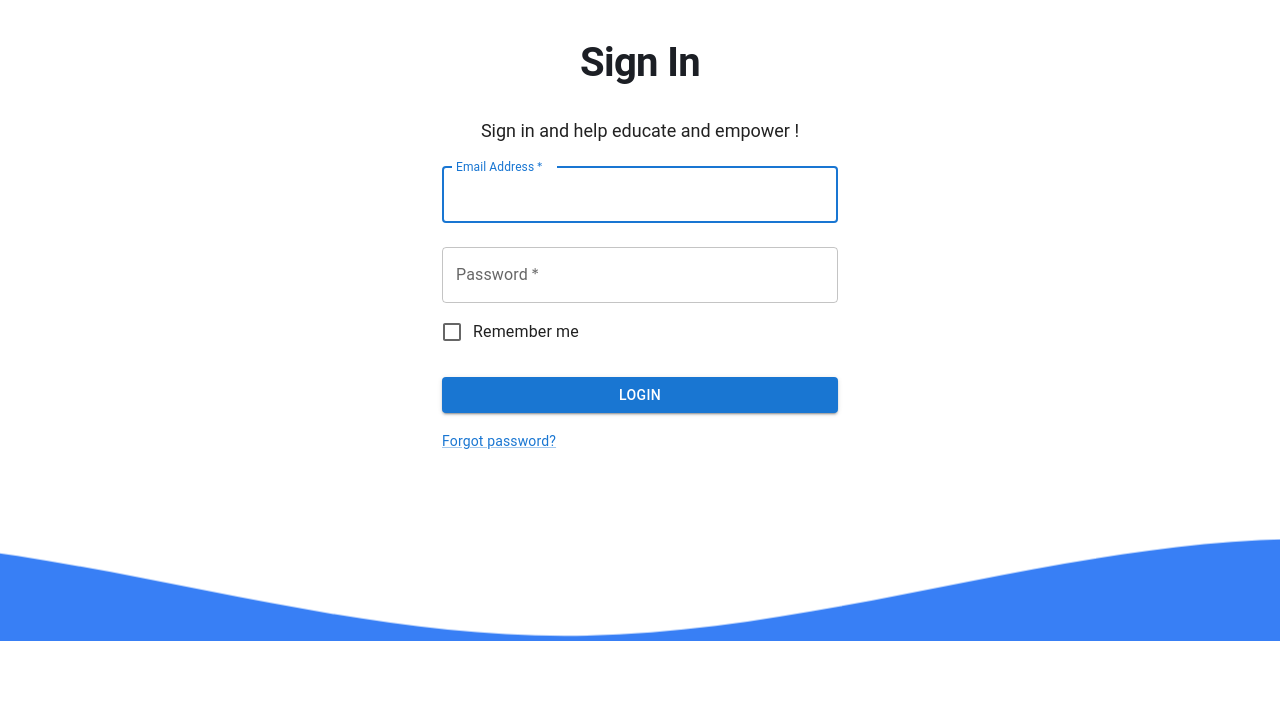
Repository: shubhampirate/Google_Solutions_Edural
Page: /
These files come from the project's save history. The page is drawn as it stood at one moment and after the next save; the edit follows.
The browser window is 1280 px wide. The pictures show the whole page.
The project was rebuilt for these pictures with package versions that can differ from the ones it lists, and the page was loaded fresh each time. Some packages were replaced by stand-ins written for this rebuild. Also part of the build but not shown: src/Components/Navbar.jsx, src/Components/Footer.jsx, src/Components/CongratsCard.jsx, src/pages/Hero/Hero.jsx.

Above is the page before, as saved 2024-02-02 20:39:33.

### src/App.jsx
import Hero from "./pages/Hero/Hero";
import SignIn from "./pages/Sign_in";
import {useState} from "react";
function App() {
  return (
    <>
      {/* <Hero />   */}
      <SignIn />
         </>
  );
}

export default App;

### src/pages/Sign_in.jsx
import * as React from 'react';
import Avatar from '@mui/material/Avatar';
import Button from '@mui/material/Button';
import CssBaseline from '@mui/material/CssBaseline';
import TextField from '@mui/material/TextField';
import FormControlLabel from '@mui/material/FormControlLabel';
import Checkbox from '@mui/material/Checkbox';
import Link from '@mui/material/Link';
import Grid from '@mui/material/Grid';
import Box from '@mui/material/Box';
import LockOutlinedIcon from '@mui/icons-material/LockOutlined';
import Typography from '@mui/material/Typography';
import Container from '@mui/material/Container';
import { createTheme, ThemeProvider } from '@mui/material/styles';
import { styled } from "@mui/material";
import Swal from 'sweetalert2';
// import { useNavigate } from 'react-router-dom';

const defaultTheme = createTheme();

export default function SignIn() {

//   const navigate = useNavigate();

  const handleSubmit = (event) => {
    event.preventDefault();
    const data = new FormData(event.currentTarget);

    const searchData = {
      email: data.get('email'),
      password: data.get('password'),
    }
    console.log({
      email: data.get('email'),
      password: data.get('password'),
    });

    // fetch(`https://wixstocle.pythonanywhere.com/api/login/`, {
    //   method: 'POST',
    //   headers: {
    //     'Content-Type': 'application/json',
    //   },
    //   body: JSON.stringify(searchData),
    // }).then((response) => response.json())
    //   .then((data) => {
    //     // console.log(data);
    //     if (data.status == true) {
    //       Swal.fire({
    //         icon: 'success',
    //         title: 'Successfully Logged In',
    //         showConfirmButton: false,
    //         timer: 3000
    //       })
    //       navigate('/dashboard')
    //     }
    //     else {
    //       Swal.fire({
    //         icon: 'error',
    //         title: data.message,
    //         showConfirmButton: false,
    //         timer: 3000
    //       })
    //     }
    //   })
    //   .catch((error) => {
    //     // console.error(error);
    //   });

  };
  const Title = styled(Typography)(({ theme }) => ({
    fontSize: "40px",
    color: "#000336",
    fontWeight: "bold",
    textAlign: "center",
    margin: theme.spacing(4, 0, 4, 0),
    [theme.breakpoints.down("sm")]: {
      fontSize: "40px",
    },
  }));


  return (
    <ThemeProvider theme={defaultTheme}>
      <Container component="main" maxWidth="xs">
        <CssBaseline />
        <Box
          sx={{
            marginTop: 1,
            display: 'flex',
            flexDirection: 'column',
            alignItems: 'center',
          }}
        >

          <Title variant="h1" sx={{ color: "#1C1F25" }}>
            Sign In
          </Title>
          <Typography component="h2" variant="h5" sx={{ fontSize: "18px" }}>
            Sign in and help educate and empower !
          </Typography>
          <Box component="form" onSubmit={handleSubmit} noValidate sx={{ mt: 1 }}>
            <TextField
              margin="normal"
              required
              fullWidth
              id="email"
              label="Email Address"
              name="email"
              autoComplete="email"
              autoFocus
            />
            <TextField
              margin="normal"
              required
              fullWidth
              name="password"
              label="Password"
              type="password"
              id="password"
              autoComplete="current-password"
            />
            <FormControlLabel
              control={<Checkbox value="remember" color="primary" />}
              label="Remember me"
            />
            <Button
              type="submit"
              fullWidth
              variant="contained"
              sx={{ mt: 3, mb: 2 }}
            >
              Login
            </Button>
            <Grid container>
              <Grid item xs>
                <Link href="#" variant="body2">
                  Forgot password?
                </Link>
              </Grid>

            </Grid>
          </Box>
        </Box>
      </Container>
      <div style={{ marginTop: "2.3rem", marginBottom: "-2rem" }}>
        <svg
          style={{
            position: 'relative',
            width: '100%',
            height: '21vh',
            //   marginBottom: '-7px',
            //   minHeight: '100px',
            //   maxHeight: '150px',
          }}
          xmlns="http://www.w3.org/2000/svg"
          xmlnsXlink="http://www.w3.org/1999/xlink"
          viewBox="0 24 150 28"
          preserveAspectRatio="none"
          shapeRendering="auto"
        >
          <defs>
            <path
              id="gentle-wave"
              d="M-160 44c30 0 58-18 88-18s 58 18 88 18 58-18 88-18 58 18 88 18 v44h-352z"
            />
          </defs>
          <g className="parallax">
            <use xlinkHref="#gentle-wave" x="48" y="0" fill="rgba(255,255,255,0.7)" />
            <use xlinkHref="#gentle-wave" x="48" y="3" fill="rgba(255,255,255,0.5)" />
            <use xlinkHref="#gentle-wave" x="48" y="5" fill="rgba(255,255,255,0.3)" />
            <use xlinkHref="#gentle-wave" x="48" y="7" fill="#387FF5" />
          </g>
        </svg>
        <style>
          {`
          .parallax > use {
            animation: move-forever 25s cubic-bezier(.55,.5,.45,.5) infinite;
          }
          .parallax > use:nth-child(1) {
            animation-delay: -2s;
            animation-duration: 7s;
          }
          .parallax > use:nth-child(2) {
            animation-delay: -3s;
            animation-duration: 10s;
          }
          .parallax > use:nth-child(3) {
            animation-delay: -4s;
            animation-duration: 13s;
          }
          .parallax > use:nth-child(4) {
            animation-delay: -5s;
            animation-duration: 20s;
          }
          @keyframes move-forever {
            0% {
              transform: translate3d(-90px,0,0);
            }
            100% {
              transform: translate3d(85px,0,0);
            }
          }
          @media (max-width: 768px) {
            .waves {
              height: 40px;
              min-height: 40px;
            }
          }
        `}
        </style>
      </div>

    </ThemeProvider>
  );
}

### src/Components/CustomButton.jsx
import { Button, styled } from "@mui/material";
import React from "react";

const CustomButton = ({
  backgroundColor,
  color,
  buttonText,
  heroBtn,
  guideBtn,
  getStartedBtn,
}) => {
  const CustomButton = styled(Button)(({ theme }) => ({
    backgroundColor: backgroundColor,
    color: color,
    fontWeight: "700",
    fontSize: "14px",
    cursor: "pointer",
    padding: "0.5rem 1.25rem",
    borderRadius: "7px",
    textTransform: "none",
    display: "block",
    border: "2px solid transparent",
    "&:hover": {
      backgroundColor: color,
      color: backgroundColor,
      borderColor: backgroundColor,
    },
    [theme.breakpoints.down("md")]: {
      margin: (heroBtn || getStartedBtn) && theme.spacing(0, "auto", 3, "auto"),
      width: (heroBtn || getStartedBtn) && "90%",
    },
    [theme.breakpoints.down("sm")]: {
      marginTop: guideBtn && theme.spacing(3),
      width: guideBtn && "90%",
    },
  }));

  return <CustomButton>{buttonText}</CustomButton>;
};

export default CustomButton;

Loaded but not shown: public/index.html (common file); src/index.js (common file); src/index.css (common file)

After the next save:
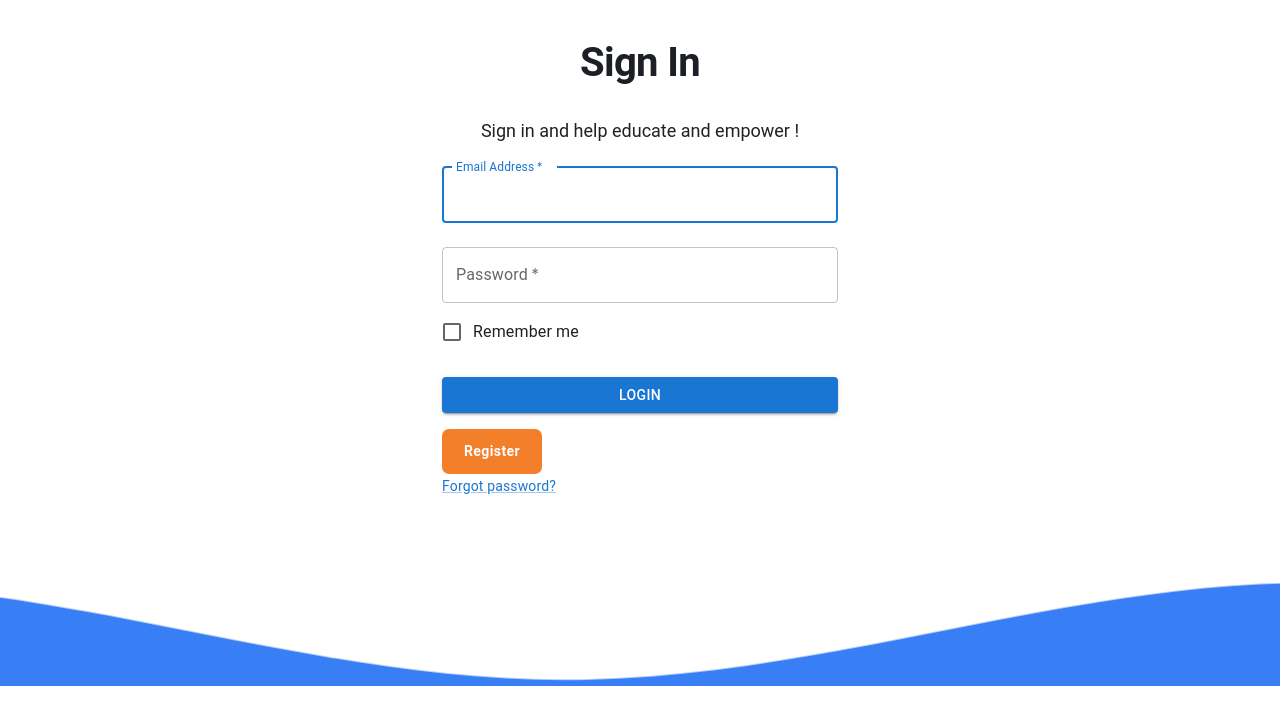
Saved 52 s later.
--- a/src/pages/Sign_in.jsx
+++ b/src/pages/Sign_in.jsx
@@ -14,6 +14,7 @@ import Container from '@mui/material/Container';
 import { createTheme, ThemeProvider } from '@mui/material/styles';
 import { styled } from "@mui/material";
 import Swal from 'sweetalert2';
+import CustomButton from "../../Components/CustomButton";
 // import { useNavigate } from 'react-router-dom';
 
 const defaultTheme = createTheme();
@@ -131,6 +132,12 @@ export default function SignIn() {
             >
               Login
             </Button>
+            <CustomButton
+              backgroundColor="#F47F2A"
+              color="#fff"
+              buttonText="Register"
+              heroBtn={true}
+            />
             <Grid container>
               <Grid item xs>
                 <Link href="#" variant="body2">
